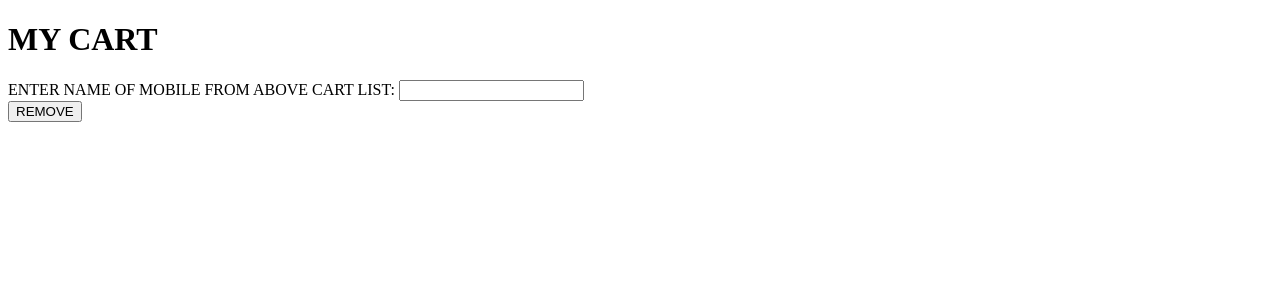
Repository: nikhilbad7/jsp-practicals
Page: http://localhost/classwork/exp15cart.jsp
An editor plug-in stored every save of this project. The page is shown before and after the next save, followed by the edit.
The browser window is 1280 px wide. The pictures show the whole page.
The page is served by Tomcat 9.

Above is the page before, as saved 2018-04-12 18:39:43.

After the next save:
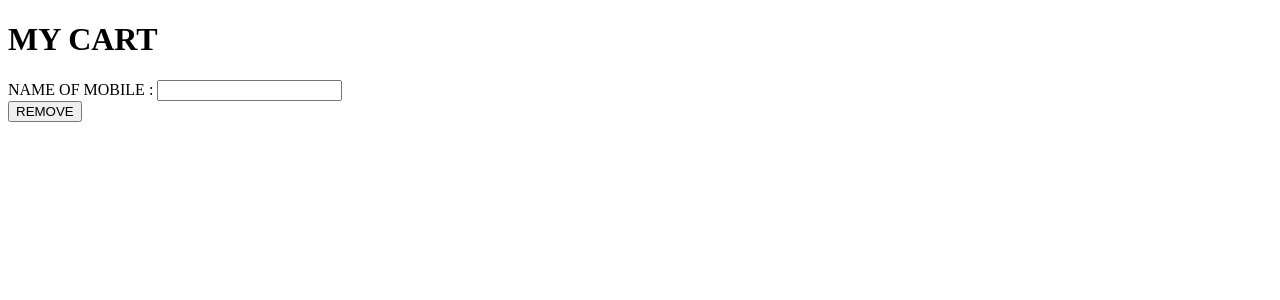
Saved 60 s later.
--- a/classwork/WebContent/exp15cart.jsp
+++ b/classwork/WebContent/exp15cart.jsp
@@ -34,7 +34,7 @@
 	%>
 </ol>
 <form action="">
-	ENTER NAME OF MOBILE FROM ABOVE CART LIST:  <input type="text" name="item2" /><br>
+	NAME OF MOBILE :  <input type="text" name="item2" /><br>
 	<input type="submit" value="REMOVE" />
 </form>
 	</body>
